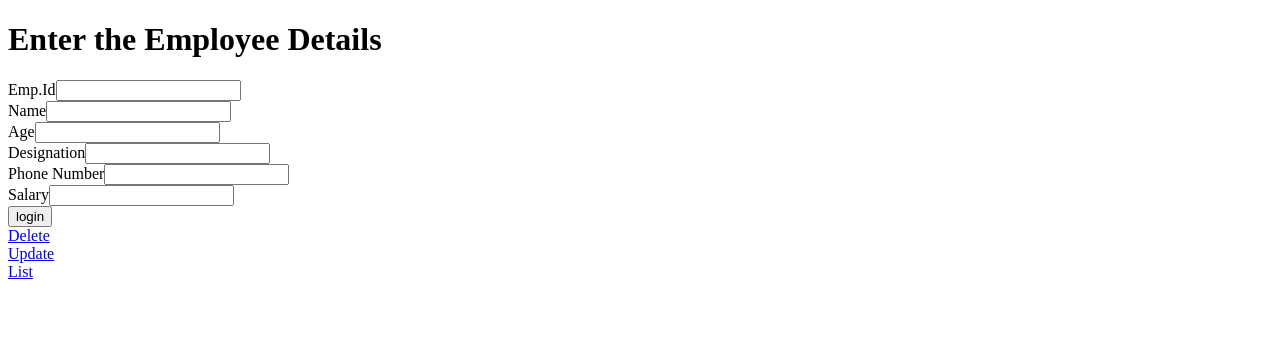
Repository: ramakrishnan1997/ram_javatraining
Page: crudemployeetest/CrudOperationEmp/src/main/webapp/index.html
These files come from the project's save history. The page is drawn as it stood at one moment and after the next save; the edit follows.
The browser window is 1280 px wide. The pictures show the whole page.

Above is the page before, as saved 2022-06-13 08:52:29.

### crudemployeetest/CrudOperationEmp/src/main/webapp/index.html
<!DOCTYPE html>
<html>
<head>
<meta charset="UTF-8">
<title>Insert title here</title>
</head>
<body>
<h1>Enter the Employee Details</h1>
<form action ="LoginServlet">
Emp.Id<input type="text" name="empId"></br>
Name<input type="text" name="name"></br>
Age<input type="text" name="age"></br>
Designation<input type="text" name="designation"></br>
Phone Number<input type="text" name="phone"></br>
Salary<input type="text" name="salary"></br>
<input type="submit" value="login" ></br>
</form>
<a href="http://localhost:8080/CrudOperationEmp/delete.html">Delete</a></br>
<a href="http://localhost:8080/CrudOperationEmp/updatehtml.html">Update</a></br>
<a href="ListSservlet">List</a></br>

</body>
</html>

After the next save:
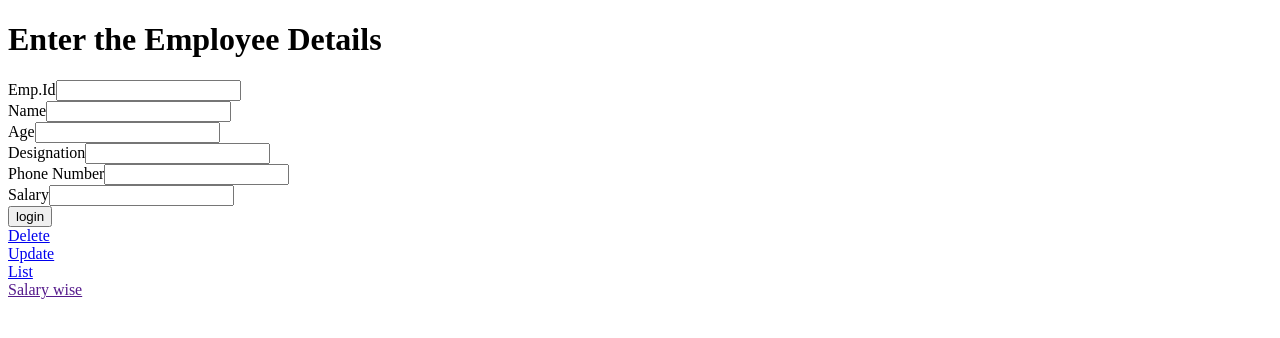
Saved 4 min 45 s later.
--- a/crudemployeetest/CrudOperationEmp/src/main/webapp/index.html
+++ b/crudemployeetest/CrudOperationEmp/src/main/webapp/index.html
@@ -18,6 +18,6 @@ Salary<input type="text" name="salary"></br>
 <a href="http://localhost:8080/CrudOperationEmp/delete.html">Delete</a></br>
 <a href="http://localhost:8080/CrudOperationEmp/updatehtml.html">Update</a></br>
 <a href="ListSservlet">List</a></br>
-
+<a href="">Salary wise</a></br>
 </body>
 </html>
